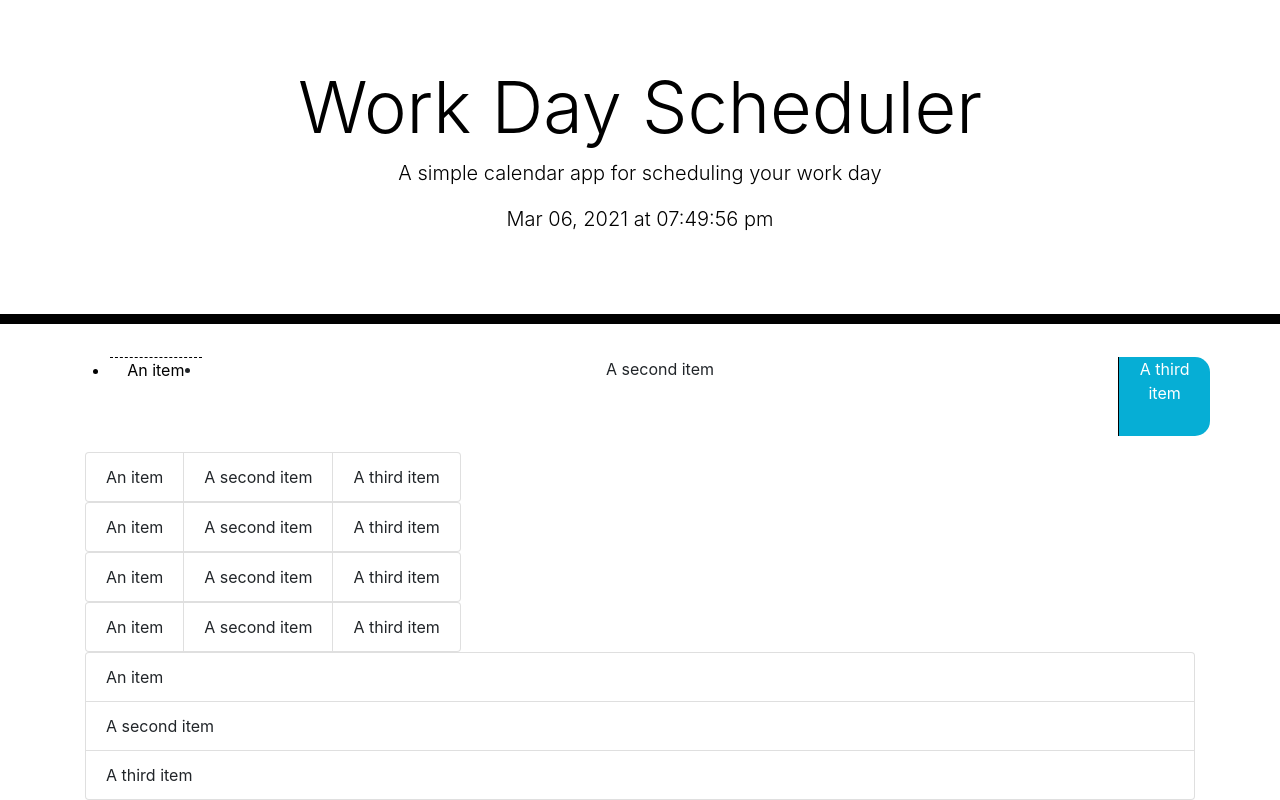
Repository: ziffoit/Work-Day_Scheduler
Page: Develop/index.html
The author's editor kept a copy of each file at every save. The page is drawn from the files as they stood at one save, then again after the next save.
The browser window is 1280 px wide. The pictures show the whole page.
Some web libraries are served in a nearby version.

Above is the page before, as saved 2021-03-16 18:23:20.

### Develop/index.html
<!DOCTYPE html>
<html lang="en">
  <head>
    <meta charset="UTF-8" />
    <meta name="viewport" content="width=device-width, initial-scale=1.0" />
    <meta http-equiv="X-UA-Compatible" content="ie=edge" />
    <link
      rel="stylesheet"
      href="https://stackpath.bootstrapcdn.com/bootstrap/4.3.1/css/bootstrap.min.css"
    />
    <link
      rel="stylesheet"
      href="https://use.fontawesome.com/releases/v5.8.1/css/all.css"
      integrity="sha384-50oBUHEmvpQ+1lW4y57PTFmhCaXp0ML5d60M1M7uH2+nqUivzIebhndOJK28anvf"
      crossorigin="anonymous"
    />
    <link
      href="https://fonts.googleapis.com/css?family=Open+Sans&display=swap"
      rel="stylesheet"
    />
    <link rel="stylesheet" href="style.css" />
    <title>Work Day Scheduler</title>
  </head>

  <body>
    <header class="jumbotron">
      <h1 class="display-3">Work Day Scheduler</h1>
      <p class="lead">A simple calendar app for scheduling your work day</p>
      <p id="currentDay" class="lead"></p>
    </header>
    <div class="container">
      <ul class="description time-block row">
        <li class="col-1 hour">An item</li>
        <li class="col-10">A second item</li>
        <li class="col-1 saveBtn">A third item</li>
      </ul>
      <ul class="list-group list-group-horizontal-sm">
        <li class="list-group-item">An item</li>
        <li class="list-group-item">A second item</li>
        <li class="list-group-item">A third item</li>
      </ul>
      <ul class="list-group list-group-horizontal-md">
        <li class="list-group-item">An item</li>
        <li class="list-group-item">A second item</li>
        <li class="list-group-item">A third item</li>
      </ul>
      <ul class="list-group list-group-horizontal-lg">
        <li class="list-group-item">An item</li>
        <li class="list-group-item">A second item</li>
        <li class="list-group-item">A third item</li>
      </ul>
      <ul class="list-group list-group-horizontal-xl">
        <li class="list-group-item">An item</li>
        <li class="list-group-item">A second item</li>
        <li class="list-group-item">A third item</li>
      </ul>
      <ul class="list-group list-group-horizontal-xxl">
        <li class="list-group-item">An item</li>
        <li class="list-group-item">A second item</li>
        <li class="list-group-item">A third item</li>
      </ul>
      <!-- Timeblocks go here -->
    </div>

    <script src="https://cdnjs.cloudflare.com/ajax/libs/jquery/3.2.1/jquery.min.js"></script>
    <script src="https://cdnjs.cloudflare.com/ajax/libs/moment.js/2.24.0/moment.min.js"></script>
    <script src="script.js"></script>
  </body>
</html>

### Develop/style.css
hourbody {
  font-family: "Open Sans", sans-serif;
  font-size: 16px;
  line-height: 1;
}

textarea {
  background: transparent;
  border: none;
  resize: none;
  color: #000000;
  border-left: 1px solid black;
  padding: 10px;
}

.jumbotron {
  text-align: center;
  background-color: transparent;
  color: black;
  border-radius: 0;
  border-bottom: 10px solid black;
}

.description {
  white-space: pre-wrap;
}

.time-block {
  text-align: center;
  border-radius: 15px;
}

.row {
  white-space: pre-wrap;
  height: 80px;
  border-top: 1px solid white;
}

.hour {
  background-color: #ffffff;
  color: #000000;
  border-top: 1px dashed #000000;
}

.past {
  background-color: #d3d3d3;
  color: white;
}

.present {
  background-color: #ff6961;
  color: white;
}

.future {
  background-color: #77dd77;
  color: white;
}

.saveBtn {
  border-left: 1px solid black;
  border-top-right-radius: 15px;
  border-bottom-right-radius: 15px;
  background-color: #06aed5;
  color: white;
}

.saveBtn i:hover {
  font-size: 20px;
  transition: all 0.3s ease-in-out;
}

### Develop/script.js
var currentDay = $('#currentDay')

function dateAndTime() {
    var rightNow = moment().format('MMM DD, YYYY [at] hh:mm:ss a');
    currentDay.text(rightNow);
  }

  setInterval(dateAndTime, 1000)

After the next save:
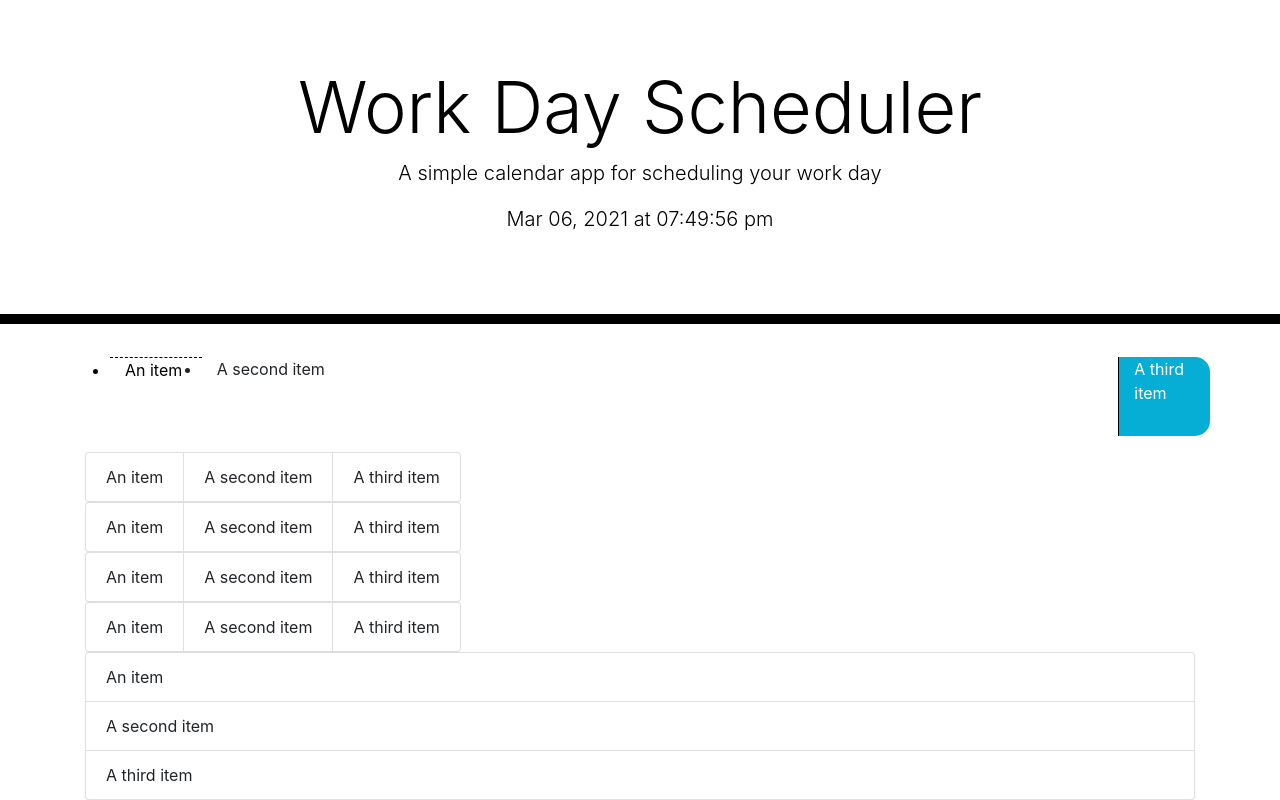
Saved 74 s later.
--- a/Develop/index.html
+++ b/Develop/index.html
@@ -29,7 +29,7 @@
       <p id="currentDay" class="lead"></p>
     </header>
     <div class="container">
-      <ul class="description time-block row">
+      <ul class="row">
         <li class="col-1 hour">An item</li>
         <li class="col-10">A second item</li>
         <li class="col-1 saveBtn">A third item</li>
